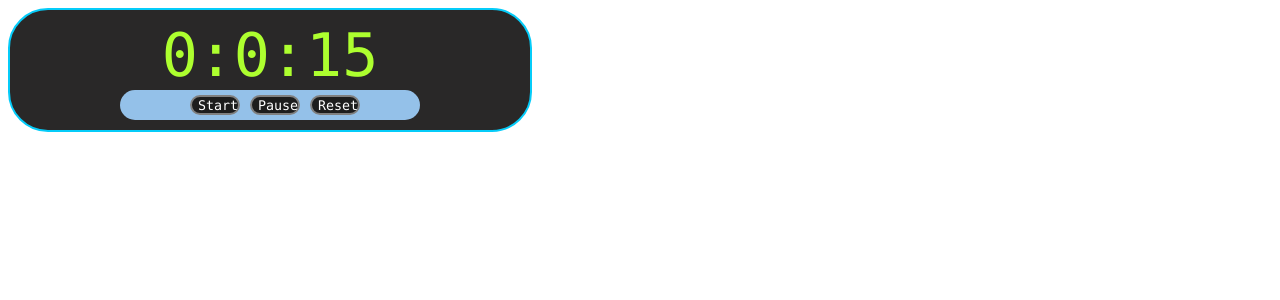
Repository: albinsabu2023/Stopwatch-program
Page: index.html
The author's editor kept a copy of each file at every save. The page is drawn from the files as they stood at one save, then again after the next save.
The browser window is 1280 px wide. The pictures show the whole page.
After loading, the first visible `#start` was clicked once.

Above is the page before, as saved 2023-03-03 23:59:57.

### index.html
<!DOCTYPE html>

<head>
    <meta charset="UTF-8">
    <meta http-equiv="X-UA-Compatible" content="IE=edge">
    <meta name="viewport" content="width=device-width, initial-scale=1.0">
    <link rel="stylesheet" href="style.css">
    <title>Document</title>
</head>
<body>
    <div class="container">
        <label id="time">00:00:00</label>
        <div class="button">
            <button id="start" class="timerbtn">Start</button>
            <button id="pause" class="timerbtn">Pause</button>
            <button id="reset" class="timerbtn">Reset</button>
        </div>

    </div>
    <script src="index.js"></script>
</body>
</html>

### style.css
.container{
    background-color: rgb(41, 40, 40);
    height: 100px;
    width: 500px;
    display: flex;
    flex-direction: column;
    align-items: center;
    justify-content: center;
    padding: 10px;
    border-radius: 40px;
    border: 2px solid rgb(5, 204, 249);

}
.button{
    background-color: rgb(148, 193, 233);
    width: 300px;
    height: 40px;
    display: flex;
    align-items: center;
    justify-content: center;
    border-radius: 20px;
}
#start,#reset,#pause{
    border: 2px solid gray;
    border-radius: 30px;
    margin-left: 10px;
    background-color: rgb(29, 29, 29);
    height: 20px;
    width: 50px;
    color: white;
    font-family: consolas, monospace;
}
#time{
    font-size:60px;
    color:greenyellow;
    font-family:consolas, monospace;

}
#start:hover,
#reset:hover,
#pause:hover {

    background-color: rgb(91, 90, 90);
    height: 20px;
    width: 50px;

    color: white;
    transition-duration: 1000;
}

### index.js
const timer = document.querySelector("#time");
const start = document.querySelector("#start");
const pause = document.querySelector("#pause");
const reset = document.querySelector("#reset");
//required variables eTime =elapsed time,sTime= startTime,cTime=currentTime
let eTime = 0;
let sTime = 0;
let cTime = 0;
let hrs = 0;
let mins = 0;
let secs = 0;
let paused = true;
let intervalId;

start.addEventListener("click", startFun);
function startFun() {
  if (paused) {
    paused = false;
    sTime = Date.now() - eTime;
    intervalId = setInterval(updateTime, 75);
  }
}

pause.addEventListener("click", () => {});
reset.addEventListener("click", () => {});

function updateTime() {
  eTime = Date.now() - sTime;
  secs = Math.floor((eTime / 100) % 60);
  mins = Math.floor((eTime / (100 * 60)) % 60);
  hrs = Math.floor((eTime / (100 * 60 * 60)) % 60);
  timer.textContent = `${hrs}:${mins}:${secs}`;
}

After the next save:
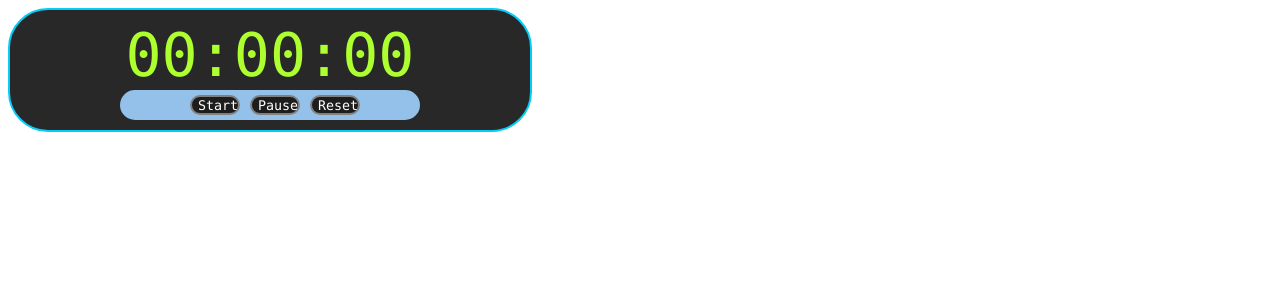
Saved 18 s later.
--- a/index.js
+++ b/index.js
@@ -17,7 +17,7 @@ function startFun() {
   if (paused) {
     paused = false;
     sTime = Date.now() - eTime;
-    intervalId = setInterval(updateTime, 75);
+    // intervalId = setInterval(updateTime, 75);
   }
 }
 

After the save that followed:
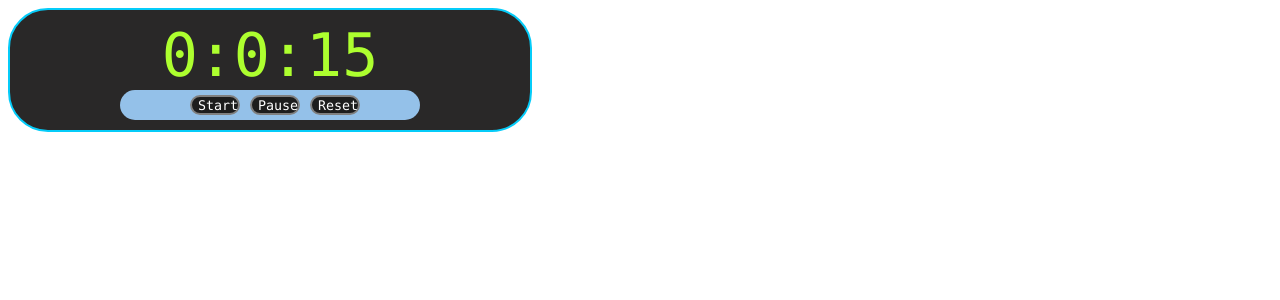
Saved 9 s later.
--- a/index.js
+++ b/index.js
@@ -17,7 +17,7 @@ function startFun() {
   if (paused) {
     paused = false;
     sTime = Date.now() - eTime;
-    // intervalId = setInterval(updateTime, 75);
+    intervalId = setInterval(updateTime, 75);
   }
 }
 
